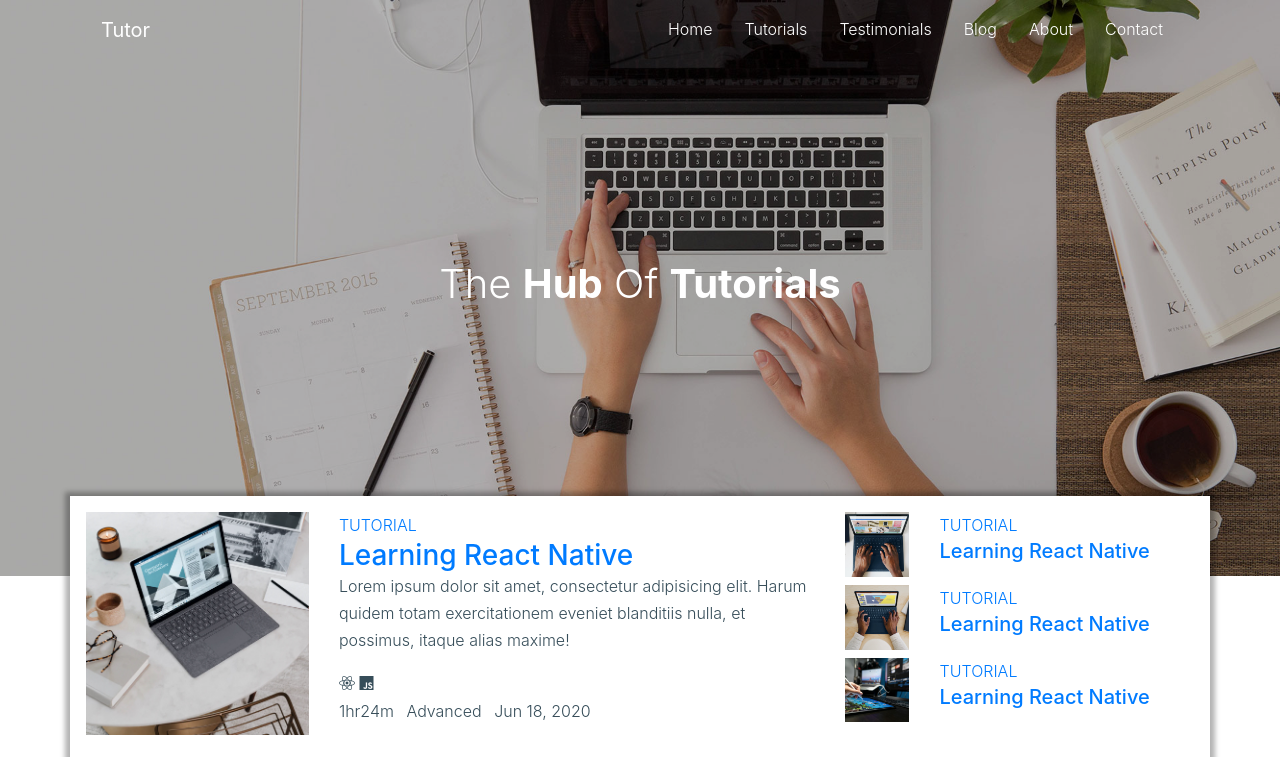
Repository: longvh2003/Tutor
Page: Views/home.html
An editor plug-in stored every save of this project. The page is shown before and after the next save, followed by the edit.
The browser window is 1280 px wide. The pictures show the whole page.
Some web libraries are served in a nearby version.

Above is the page before, as saved 2020-08-12 17:01:35.

### Views/home.html
<html lang="en">

<head>
    <meta charset="UTF-8">
    <meta name="viewport" content="width=device-width, initial-scale=1.0">
    <title>Home</title>
    <link rel="stylesheet" href="https://stackpath.bootstrapcdn.com/bootstrap/4.5.2/css/bootstrap.min.css"
        integrity="sha384-JcKb8q3iqJ61gNV9KGb8thSsNjpSL0n8PARn9HuZOnIxN0hoP+VmmDGMN5t9UJ0Z" crossorigin="anonymous">
    <link rel="stylesheet" href="https://use.fontawesome.com/releases/v5.12.0/css/all.css"
        integrity="sha384-REHJTs1r2ErKBuJB0fCK99gCYsVjwxHrSU0N7I1zl9vZbggVJXRMsv/sLlOAGb4M" crossorigin="anonymous" />
        <link rel="stylesheet" href="../Css/header.css">
        <link rel="stylesheet" href="../Css/home.css">
</head>

<body>
    <section class="header">
        <div class="opacity"></div>
        <div class="container">
            <nav class="navbar navbar-light">
                <a class="navbar-brand text-white" href="#"><strong>Tutor</strong></a>
                <ul class="nav justify-content-center">
                    <li class="nav-item">
                        <a class="nav-link text-white" href="#">Home</a>
                    </li>
                    <li class="nav-item">
                        <a class="nav-link text-white" href="#">Tutorials</a>
                    </li>
                    <li class="nav-item">
                        <a class="nav-link text-white" href="#">Testimonials</a>
                    </li>
                    <li class="nav-item">
                        <a class="nav-link text-white" href="#">Blog</a>
                    </li>
                    <li class="nav-item">
                        <a class="nav-link text-white" href="#">About</a>
                    </li>
                    <li class="nav-item">
                        <a class="nav-link text-white" href="#">Contact</a>
                    </li>
                </ul>
            </nav>
            <div class="title-header">
                <h1 class="text-white">The <strong>Hub</strong> Of <strong>Tutorials</strong></h1>
            </div>
        </div>
    </section>
    <div class="container latest-content">
        <div class="row">
            <div class="col-lg-8">
                <div class="row">
                    <div class="col-md-4">
                        <img class="img-latest-content" src="../Image/img_1.jpg" alt="...">
                    </div>
                    <div class="col-md-8">
                        <div><a href="#">TUTORIAL</a></div>
                        <div><a href="#" class="h3">Learning React Native</a></div>
                        <p>Lorem ipsum dolor sit amet, consectetur adipisicing elit. Harum quidem totam exercitationem
                            eveniet blanditiis nulla, et possimus, itaque alias maxime!</p>
                        <div>
                            <span><i class="fab fa-react"></i></span>
                            <span><i class="fab fa-js"></i></span>
                        </div>
                        <p>
                            <span class="mr-2">1hr24m</span>
                            <span class="mr-2">Advanced</span>
                            <span class="mr-2">Jun 18, 2020</span>
                        </p>
                    </div>
                </div>
            </div>
            <div class="col-lg-4">
                <div class="row pb-2">
                    <div class="col-3"><img class="img-latest-content" src="../Image/img_2.jpg" alt="..."></div>
                    <div class="col-9">
                        <div><a href="#">TUTORIAL</a></div>
                        <div><a href="#" class="h5">Learning React Native</a></div>
                    </div>
                </div>
                <div class="row pb-2">
                    <div class="col-3"><img class="img-latest-content" src="../Image/img_3.jpg" alt="..."></div>
                    <div class="col-9">
                        <div><a href="#">TUTORIAL</a></div>
                        <div><a href="#" class="h5">Learning React Native</a></div>
                    </div>
                </div>
                <div class="row pb-2">
                    <div class="col-3"><img class="img-latest-content" src="../Image/img_4.jpg" alt="..."></div>
                    <div class="col-9">
                        <div><a href="#">TUTORIAL</a></div>
                        <div><a href="#" class="h5">Learning React Native</a></div>
                    </div>
                </div>
            </div>
        </div>
    </div>
</body>

</html>

### Css/header.css
body {
  font-family: "Raleway", -apple-system, BlinkMacSystemFont, "Segoe UI", Roboto,
    "Helvetica Neue", Arial, "Noto Sans", sans-serif, "Apple Color Emoji",
    "Segoe UI Emoji", "Segoe UI Symbol", "Noto Color Emoji";
  line-height: 1.7;
  color: #364d59 !important;
  font-weight: 300;
  font-size: 1rem;
  background: #fff;
}
.header {
  background: url(../Image/hero_bg.jpg) no-repeat center center;
  height: 36rem;
  background-size: cover;
}
.opacity {
  position: absolute;
  width: 100%;
  height: 36rem;
  background: rgba(0, 0, 0, 0.3);
}
.title-header {
  position: absolute;
  z-index: 1;
  top: 40%;
  left: 50%;
  transform: translate(-50%, -50%);
}
.title-header h1 {
  font-weight: 300;
}
.title-header strong {
  font-weight: bold;
}

### Css/home.css
.latest-content{
    padding: 1rem;
    position: relative;
    z-index: 9999;
    margin-top: -5rem;
    background-color: white;
    box-shadow: 0 1px 5px 5px rgba(0, 0, 0, 0.3);
}
.img-latest-content{
    width: 100%;
    height: auto;
}

After the next save:
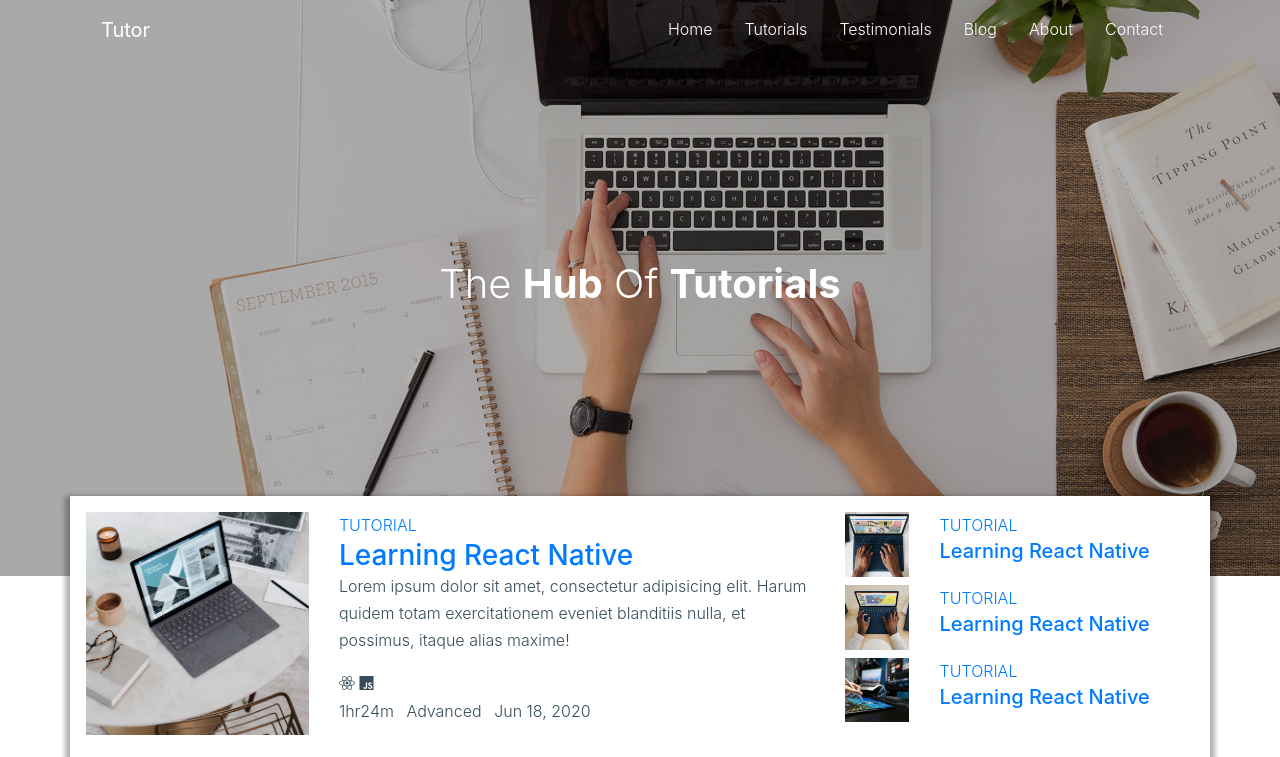
Saved 4 s later.
--- a/Css/home.css
+++ b/Css/home.css
@@ -4,7 +4,7 @@
     z-index: 9999;
     margin-top: -5rem;
     background-color: white;
-    box-shadow: 0 1px 5px 5px rgba(0, 0, 0, 0.3);
+    box-shadow: 0 5px 5px 5px rgba(0, 0, 0, 0.3);
 }
 .img-latest-content{
     width: 100%;
